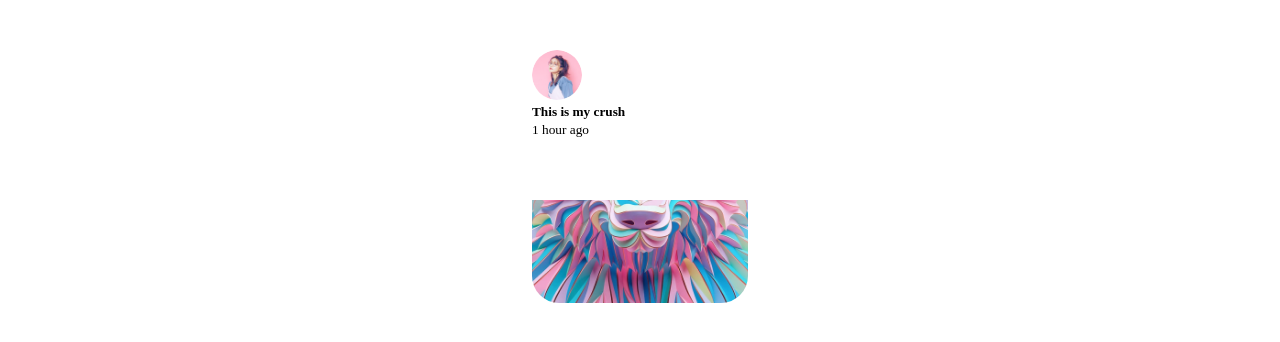
Repository: longNT0dev/C4E132
Page: SS4/index.html
The author's editor kept a copy of each file at every save. The page is drawn from the files as they stood at one save, then again after a run of saves.
The browser window is 1280 px wide. The pictures show the whole page.

Above is the page before, as saved 2022-10-02 21:51:19.

After the next 4 saves:
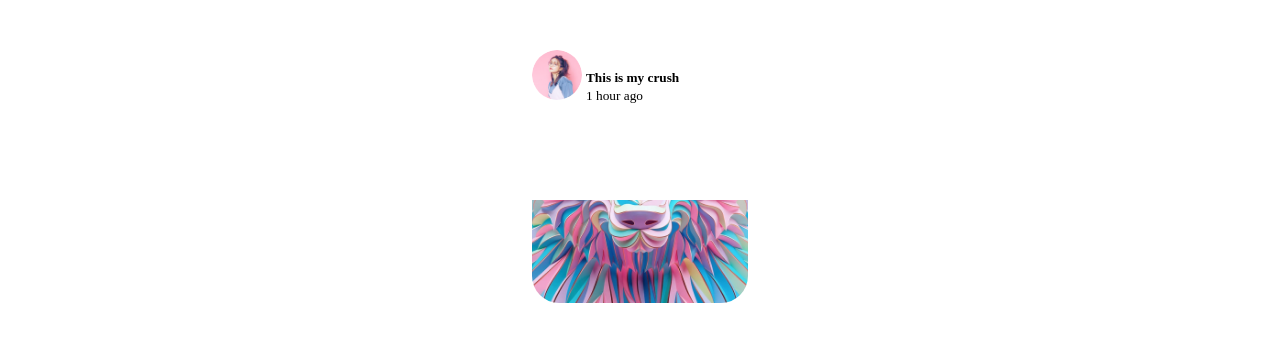
The 4 saves are shown as one change because they came seconds apart.
The last was saved 10 s later.
--- a/SS4/style.css
+++ b/SS4/style.css
@@ -34,7 +34,9 @@
     border-radius: 50%;
 }
 
-.overlay-information
+.overlay-information .content {
+   display: inline-block;
+}
 
 
 
